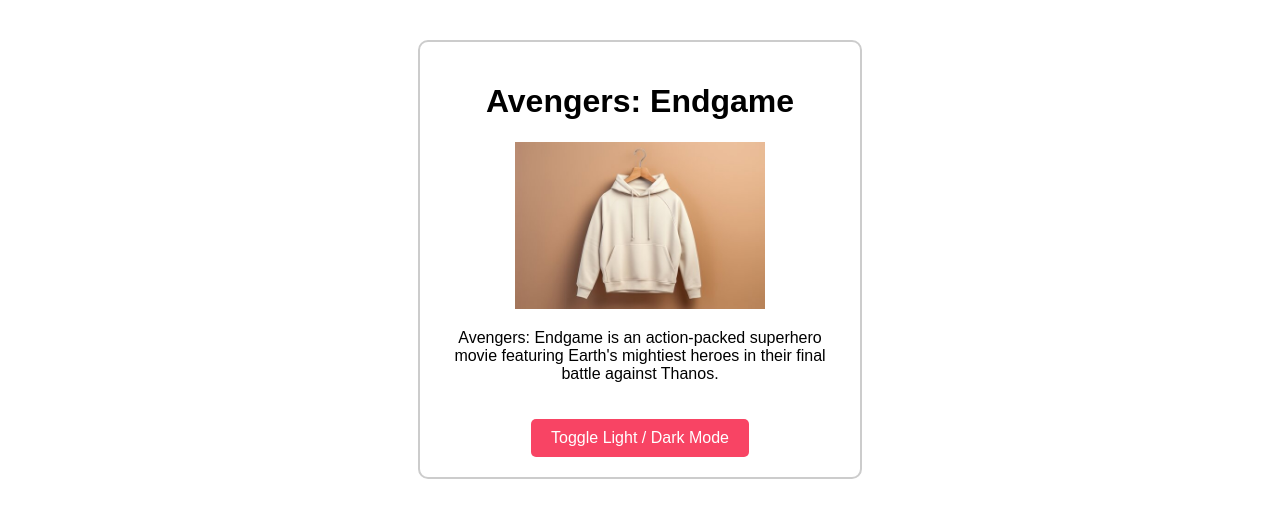
Repository: avishahir4812-crypto/Web-Development-Assignment
Page: session 5/task 5.html
An editor plug-in stored every save of this project. The page is shown before and after the next save, followed by the edit.
The browser window is 1280 px wide. The pictures show the whole page.

Above is the page before, as saved 2026-06-29 09:47:53.

After the next save:
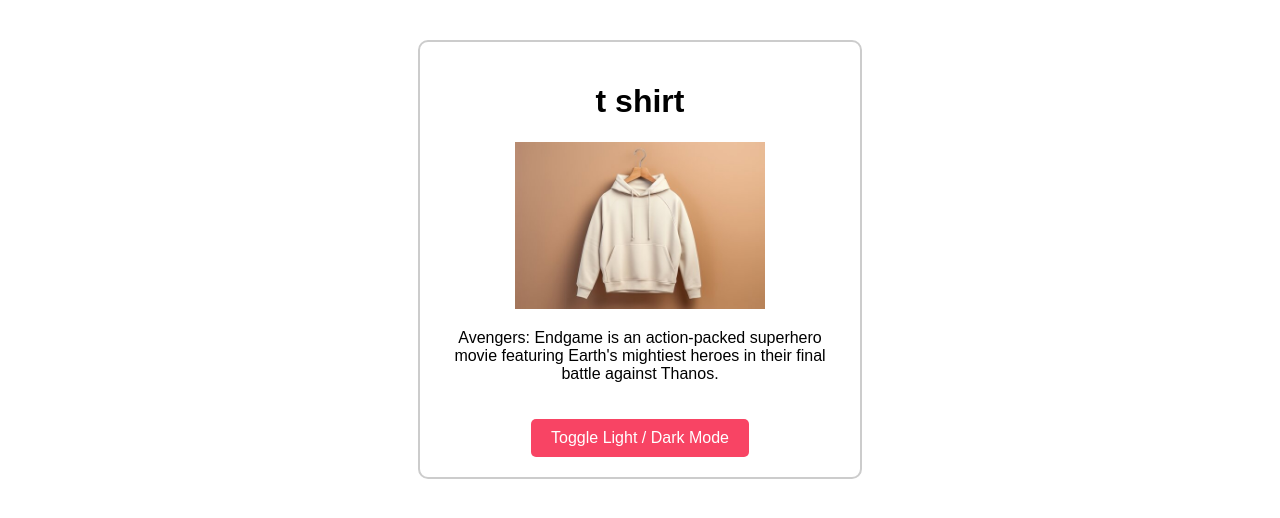
Saved 16 s later.
--- a/session 5/task 5.html
+++ b/session 5/task 5.html
@@ -54,7 +54,7 @@
 
     <div class="movie-card">
 
-        <h1>Avengers: Endgame</h1>
+        <h1>t shirt</h1>
 
         <img src="/images/123.jpg" alt="my" width="250">
 
